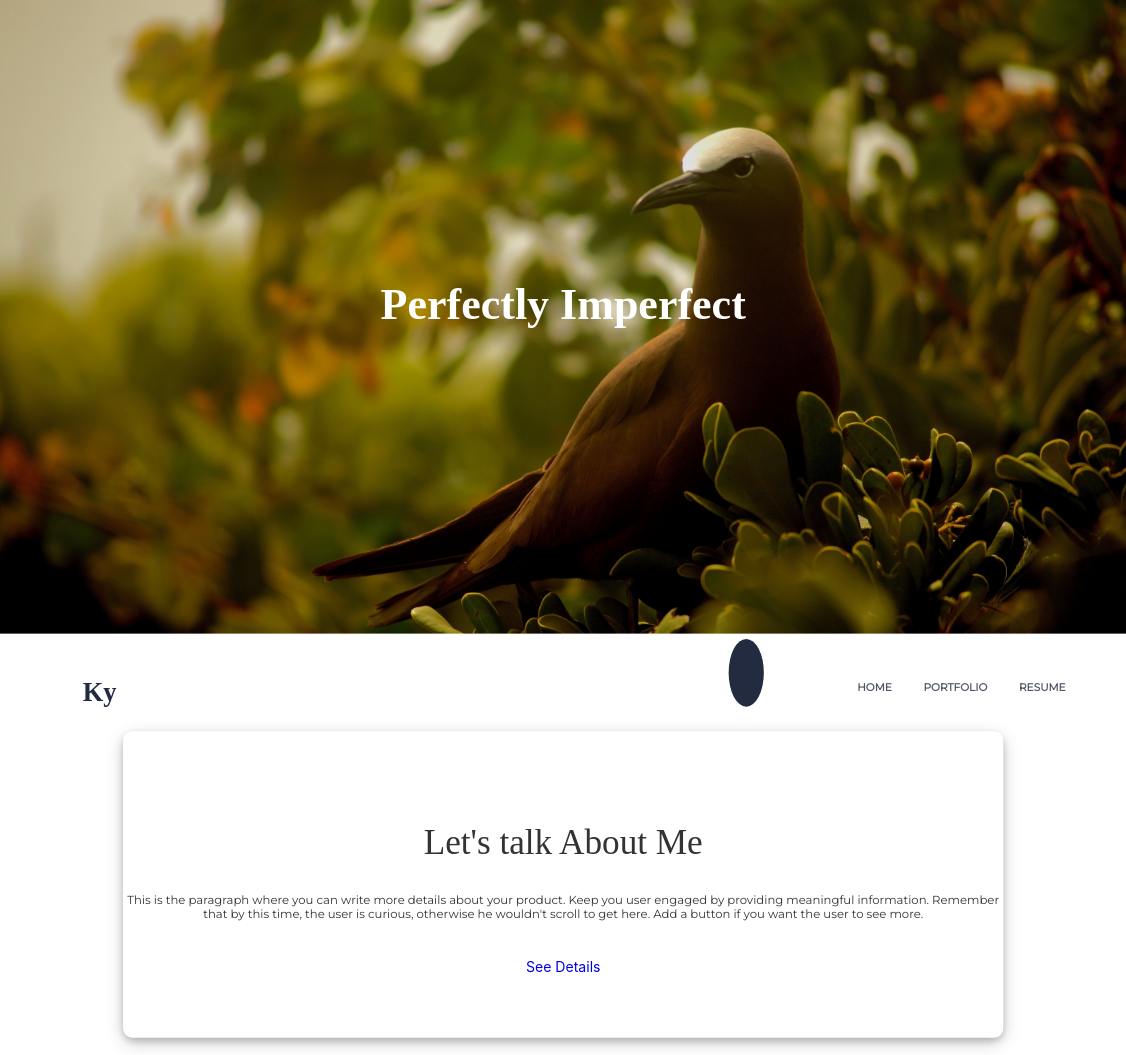
Repository: kkyler24/Perfectly-Imperfect
Page: / (app in imperfect/)
The author's editor kept a copy of each file at every save. The page is drawn from the files as they stood at one save, then again after the next save.
The browser window is 1280 px wide. The pictures show the whole page, at 88% of full size.
Backgrounds fixed to the window are drawn as part of the page. Some web fonts or font styles are not loaded; a fallback is used. The project was rebuilt for these pictures with package versions that can differ from the ones it lists, and the page was loaded fresh each time.

Above is the page before, as saved 2020-08-06 12:53:50.

After the next save:
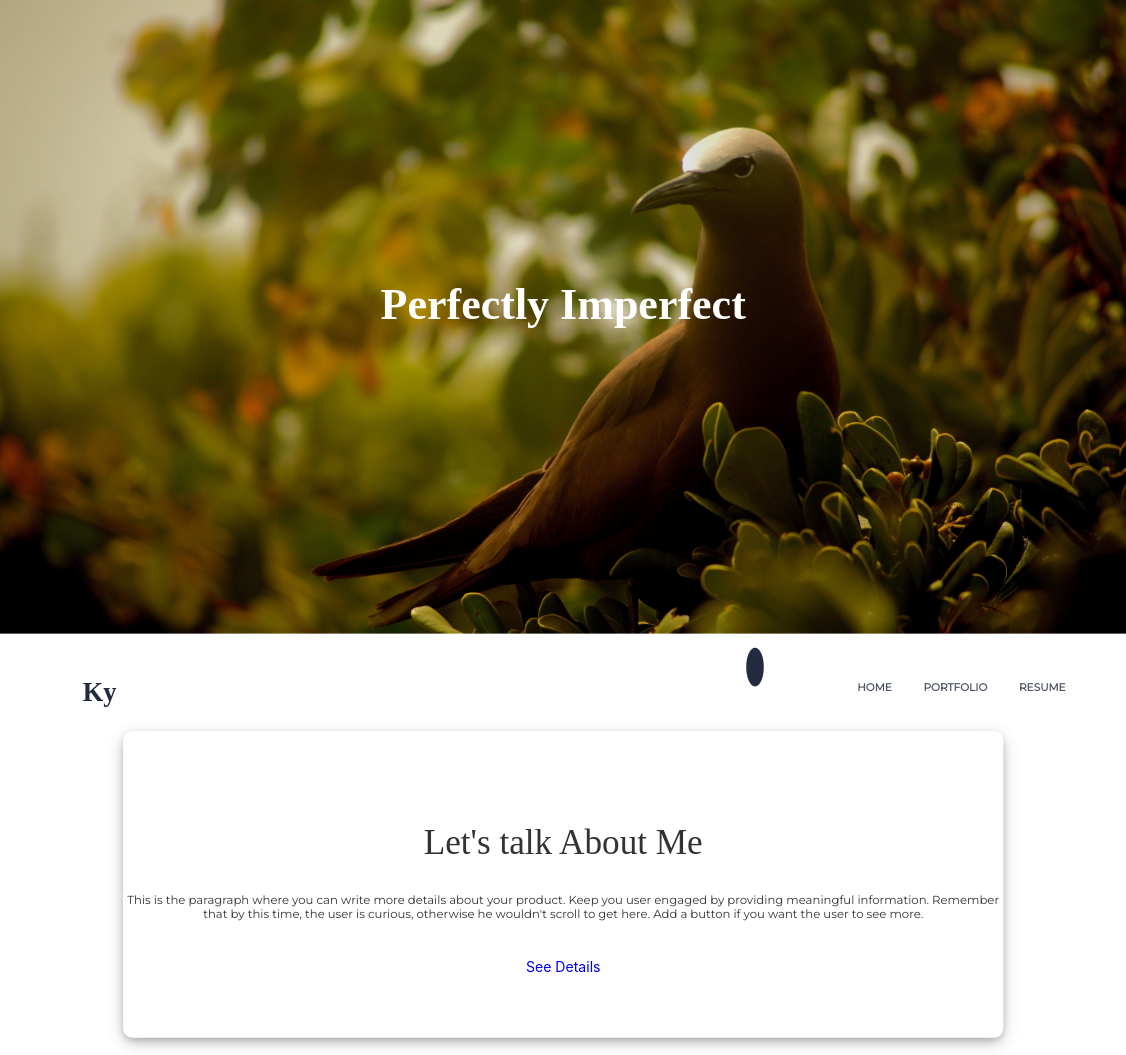
Saved 17 s later.
--- a/imperfect/src/Components/navbarComponent/navbar.css
+++ b/imperfect/src/Components/navbarComponent/navbar.css
@@ -189,8 +189,8 @@ ul {
 } */
 
 .fa {
-  padding: 20px;
-  font-size: 30px;
+  padding: 10px;
+  font-size: 20px;
   width: 50px;
   text-align: center;
   text-decoration: none;
